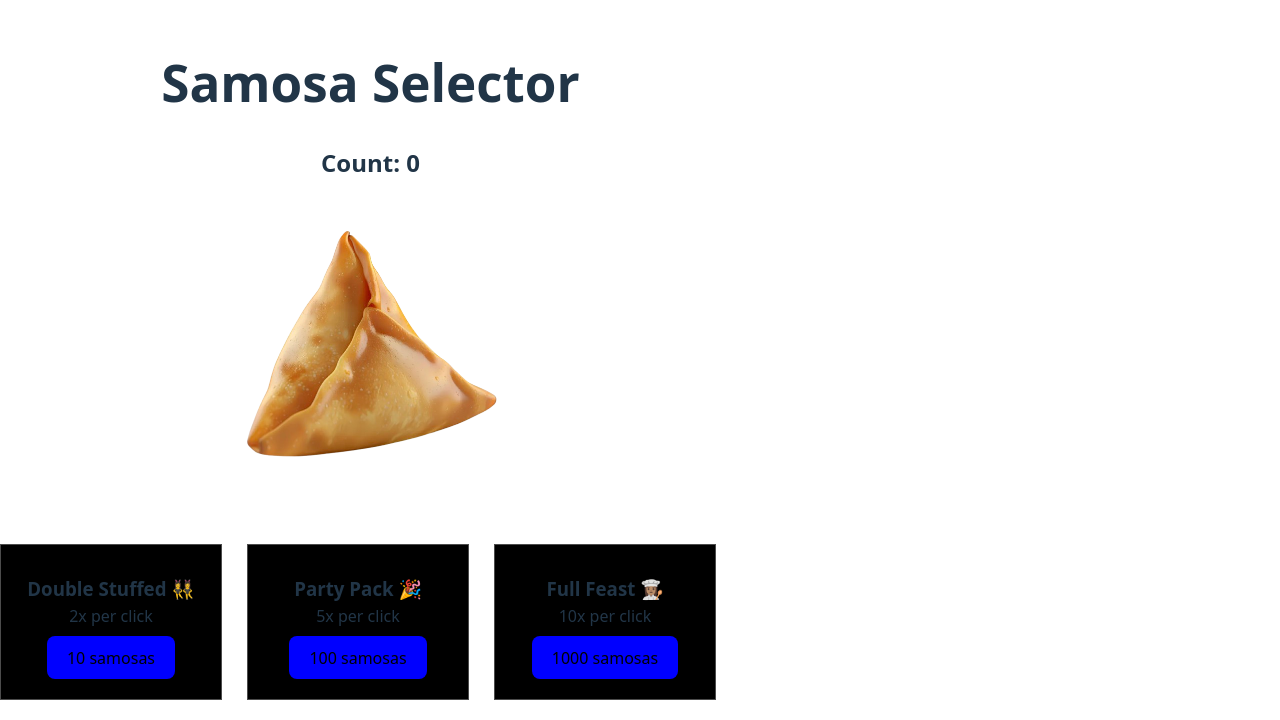
Repository: kvi1/Web102-Labs
Page: / (app in samosa-selector/)
The author's editor kept a copy of each file at every save. The page is drawn from the files as they stood at one save, then again after the next save.
The browser window is 1280 px wide. The pictures show the whole page.
The project was rebuilt for these pictures with package versions that can differ from the ones it lists, and the page was loaded fresh each time. Also part of the build but not shown: samosa-selector/vite.config.js.

Above is the page before, as saved 2025-03-01 14:22:04.

After the next save:
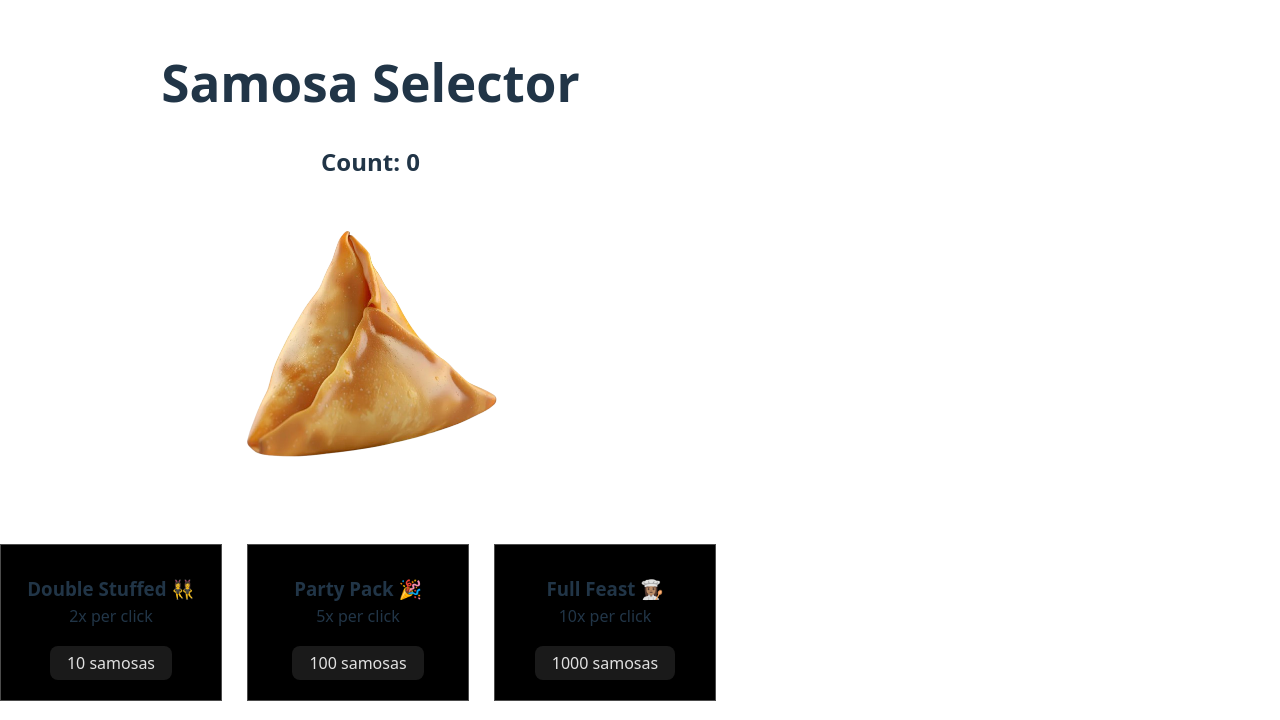
Saved 105 s later.
--- a/samosa-selector/src/App.css
+++ b/samosa-selector/src/App.css
@@ -34,9 +34,17 @@
 }
 
 .App .container .upgrade button{
-  background: blue;
+  border-radius: 8px;
+  border: 1px solid transparent;
+  padding-top: 0.3em;
+  padding-bottom: 0.3em;
+  padding-left: 1em;
+  padding-right: 1em;
+  font-size: 1em;
+  font-family: inherit;
+  font-weight: 500;
+  background: #1a1a1a;
+  color: rgba(255, 255, 255, 0.87);
+  cursor: pointer;
+  margin-top: 10px;
 }
-
-.App .container .upgrade button:hover{
-  background: white;
-}
